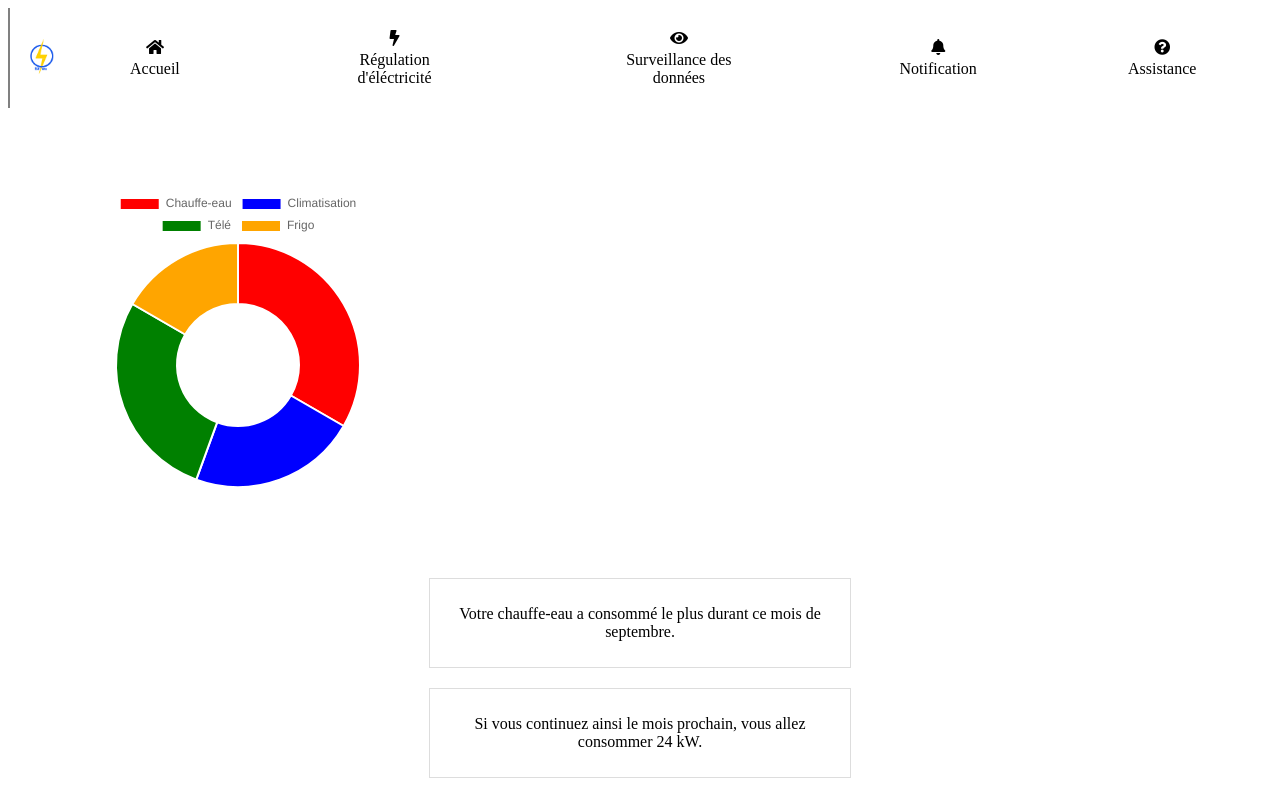
Repository: hamdia200/OSC-Ecowiz
Page: http://localhost/accueil
The author's editor kept a copy of each file at every save. The page is drawn from the files as they stood at one save, then again after a run of saves.
The browser window is 1280 px wide. The pictures show the whole page.
The page is served by the project's Laravel application, run on PHP 8.4 with Laravel 10. Other server files are loaded and not shown.

Above is the page before, as saved 2023-08-18 14:34:24.

### routes/web.php
<?php

use Illuminate\Support\Facades\Route;

/*
|--------------------------------------------------------------------------
| Web Routes
|--------------------------------------------------------------------------
|
| Here is where you can register web routes for your application. These
| routes are loaded by the RouteServiceProvider and all of them will
| be assigned to the "web" middleware group. Make something great!
|
*/

Route::get('/', function () {
    return view('welcome');
});

Route::get('/centrale', function () {
    return view('centrale');
});
Route::get('/accueil', function () {
    return view('accueil');
});
Route::get('/inscription', function () {
    return view('inscription');
});
Route::get('/login', function () {
    return view('login');
});
Route::get('/regulation', function () {
    return view('regulation');
});

### resources/views/accueil.blade.php
@extends ("menu")
@section('content')
<div class="container">
<meta charset="UTF-8">
    <meta name="viewport" content="width=device-width, initial-scale=1.0">
    <link rel="stylesheet" href="https://cdnjs.cloudflare.com/ajax/libs/font-awesome/5.15.3/css/all.min.css">
    <script src="https://cdn.jsdelivr.net/npm/chart.js"></script>
    <title>Accueil</title>
    <style>
        .circle-container {
            position: relative;
            width: 300px;
            height: 300px;
            margin: 5rem;
        }

        .chart-container {
            position: absolute;
            width: 100%;
            height: 100%;
        }

        .notification-container {
            width: 100%;
            text-align: center;
            margin-top: 20px;
            display: flex;
            flex-direction: column;
            align-items: center;
        }

        .notification {
            padding: 10px;
            margin: 10px;
            background-color: #fff;
            border: 1px solid #ddd;
            width: 80%;
            max-width: 400px;
            text-align: center;
        }
        .
    </style>


    </style>
    <body>
        <div class="content">

                <div class="circle-container">
                    <div class="chart-container">
                        <canvas id="myChart"></canvas>
                    </div>
                    <!-- <i class="fas fa-bolt icon-left"></i>
                    <i class="fas fa-snowflake icon-top"></i>
                    <i class="fas fa-tv icon-right"></i>
                    <i class="fas fa-utensils icon-bottom"></i> -->
                </div>

                <div class="notification-container">
                    <div class="notification">
                        <p>Votre chauffe-eau a consommé le plus durant ce mois de septembre.</p>
                    </div>
                    <div class="notification">
                        <p>Si vous continuez ainsi le mois prochain, vous allez consommer 24 kW.</p>
                    </div>
                </div>
        </div>


                <script>
                    var ctx = document.getElementById('myChart').getContext('2d');
                    var data = {
                        labels: ['Chauffe-eau', 'Climatisation', 'Télé', 'Frigo'],
                        datasets: [{
                            data: [30, 20, 25, 15],
                            backgroundColor: ['red', 'blue', 'green', 'orange'],
                        }],
                    };
                    var options = {
                        responsive: true,
                        maintainAspectRatio: false,
                        legend: { display: false },
                    };
                    var myChart = new Chart(ctx, {
                        type: 'doughnut',
                        data: data,
                        options: options,
                    });
                </script>

    </body>

    </html>
</div>
@endsection

### resources/views/menu.blade.php
<!DOCTYPE html>
<html>
    <head>
        <meta charset="UTF-8">
        <meta name="viewport" content="width=device-width, initial-scale=1.0">
        <link rel="stylesheet" href="{{asset('bootstrap-5/css/bootstrap.min.css')}}">
        <link rel="stylesheet" href="{{asset('icofont/icofont.min.css')}}">
        <link rel="stylesheet" href="https://cdnjs.cloudflare.com/ajax/libs/font-awesome/5.15.3/css/all.min.css">

        <title>menu</title>
        <style>
        .menu-horizontal {
            list-style-type: none;
            display: flex;
            align-items: center; /* Aligne les éléments au centre horizontalement */
            padding: 0;
            margin: 0;
            border-left: 2px solid gray;
            border-top: none;
            background-color: white;
            height:100px;
        }

        .menu-horizontal li{
            margin: 0 2cm;
            padding: 0;
        }

        .menu-item {
            display: flex;
            flex-direction: column;
            align-items: center;
            justify-content: center;
            border-left: 2p;
        }

        .menu-icon {
            width: 50px;
            height: 50px;
        }

        .menu-text {
            font-size: 16px;
            margin-top: 5px;
            text-align: center;
        }
        .logo {
            padding-left: 20px;
            height: 35px;
        }
        </style>
    </head>

    <body>
        <header>
                <ul class="menu-horizontal fixed-top">
                    <div class="header">
                        <img src="{{asset('/image/ecow.png')}}" alt="" class="logo">
                    </div>
                    <li>
                        <span class="menu-item">
                            <!-- <img src="{{asset('image/elect.png') }}" alt="Icone 1" class="menu-icon"> -->
                            <i class="fas fa-home"></i><span class="menu-text">Accueil</span>
                        </span>
                    </li>
                    <li>
                        <span class="menu-item">
                            <!-- <img src="{{asset('image/donnee.png') }}" alt="Icone 1" class="menu-icon"> -->
                            <i class="fas fa-bolt"></i><span class="menu-text">Régulation d'éléctricité </span>
                        </span>
                    </li>

                    <li>
                        <span class="menu-item">
                            <!-- <img src="{{asset('image/donnee.png') }}" alt="Icone 1" class="menu-icon"> -->
                            <i class="fas fa-eye"></i><span class="menu-text">Surveillance des données </span>
                        </span>
                    </li>
                    <li>
                        <span class="menu-item">
                            <!-- <img src="{{asset('image/sup.png') }}" alt="Icone 1" class="menu-icon"> -->
                            <i class="fas fa-bell"></i><span class="menu-text">Notification</span>
                        </span>
                    </li>
                    <li>
                        <span class="menu-item">
                            <!-- <img src="{{asset('image/assist.png') }}" alt="Icone 1" class="menu-icon"> -->
                            <i class="fas fa-question-circle"></i><span class="menu-text">Assistance</span>
                        </span>
                    </li>
                </ul>

        </header>
        <div class="container">
                @yield('content')
        </div>

    </body>


</html>

After the next 4 saves:
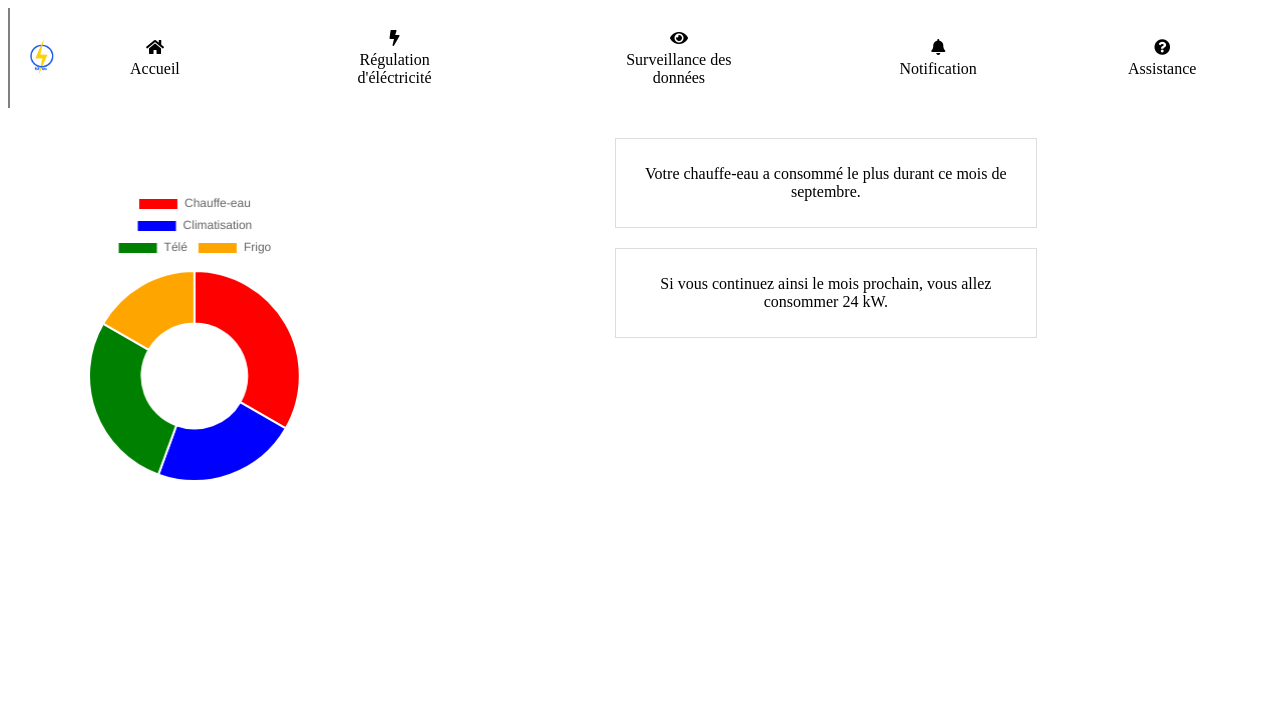
The 4 saves are shown as one change because they came seconds apart.
The last was saved 14 s later.
--- a/resources/views/accueil.blade.php
+++ b/resources/views/accueil.blade.php
@@ -38,7 +38,10 @@
             max-width: 400px;
             text-align: center;
         }
-        .
+        .content{
+            display: flex;
+            qi
+        }
     </style>
 
 
